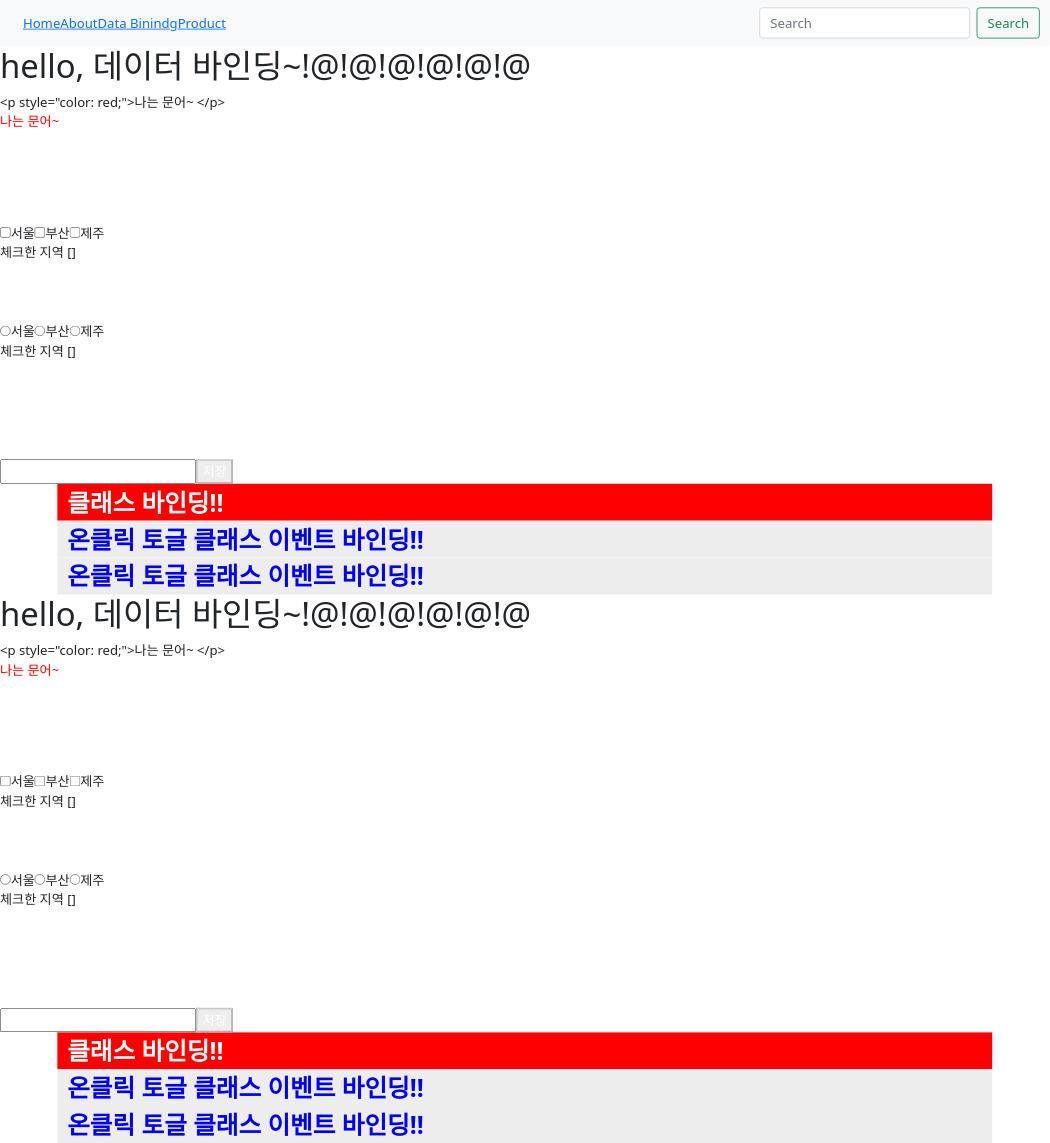
Repository: jang0ha/vue
Page: /databinding
The author's editor kept a copy of each file at every save. The page is drawn from the files as they stood at one save, then again after the next save.
The browser window is 1280 px wide. The pictures show the whole page, at 82% of full size.
The project was rebuilt for these pictures with package versions that can differ from the ones it lists, and the page was loaded fresh each time. Also part of the build but not shown: vue.config.js, src/components/HelloWorld.vue, src/views/HomeView.vue, src/views/AboutView.vue, src/views/ProductView.vue.

Above is the page before, as saved 2022-04-18 18:01:46.

### src/main.js
import { createApp } from 'vue'
// import Vue from 'vue'
import App from './App.vue'
import router from './router'

import 'bootstrap/dist/css/bootstrap.css'



createApp(App).use(router).mount('#app')



import "bootstrap/dist/js/bootstrap.js";

### src/App.vue
<template>
   <div id="app">
       <Header />
       <div id="content" class="content">
           <router-view></router-view>
       </div>
   </div>
</template>

<script>
import Header from"./components/layout/Header.vue";
export default {
    name:"App",
    components:{
        Header,
    }
}
</script>

### src/router/index.js
import { createRouter, createWebHistory } from 'vue-router'
import HomeView from '../views/HomeView.vue'
import AboutView from '../views/AboutView.vue'
import DataBinding from '../views/DataBinding.vue'
import ProductView from '../views/ProductView.vue'

const routes = [
  {
    path: '/', //브라우저에서 접속하는 url 주소를 정의
    name: 'home',
    component: HomeView // 지정된path로 들어왔을 때 보여줄 vue 컴포넌트 , 앞으로 구현할 vue 파일을 연결하고, 해당파일을 실행
  },
  {
    path: '/about',
    name: 'about',
    // route level code-splitting  >> 라우트 레벨에서 코드를 분할하는 방법
    // this generates a separate chunk (about.[hash].js) for this route  >> 이 라우트에 대한 chunk파일이 분리되어 생성
    // which is lazy-loaded when the route is visited.  >> 이 라우트에 방문했을떄 지연로드 됩니다.
    // component: () => import(
      /* webpackChunkName: "about" */
    //   '../views/AboutView.vue'
    // )
    component: AboutView
  },
  {
    path: '/databinding',
    name: 'DataBinding',
    component:DataBinding
  },
  {
    path: '/product',
    name: 'ProductView',
    component:ProductView
  }
]

const router = createRouter({
  history: createWebHistory(process.env.BASE_URL),
  routes
})

export default router

### src/components/layout/Header.vue
<template>
  <!-- <nav>
    <router-link to="/">Home</router-link> |
    <router-link to="/about">About</router-link>
    <router-link to="/databinding">Data Binindg</router-link>
    <router-link to="/product">Product</router-link>
  </nav> -->

  <nav class="navbar navbar-expand-lg navbar-light bg-light">
  <div class="container-fluid">
    <a class="navbar-brand" href="#">
        <router-link to="/">
            <img src="../../assets/images/logo.svg" alt="">
        </router-link>
    </a>
    <button class="navbar-toggler" type="button" data-bs-toggle="collapse" data-bs-target="#navbarSupportedContent" aria-controls="navbarSupportedContent" aria-expanded="false" aria-label="Toggle navigation">
      <span class="navbar-toggler-icon"></span>
    </button>
    <div class="collapse navbar-collapse" id="navbarSupportedContent">
      <ul class="navbar-nav me-auto mb-2 mb-lg-0">
        <li class="nav-item">
          <router-link to="/">
            Home
          </router-link>
        </li>
        <li class="nav-item">
        <router-link to="/about">About</router-link>
        </li>
        <li class="nav-item dropdown">
           <router-link to="/databinding">Data Binindg</router-link>
        </li>
        <li class="nav-item">
          <router-link to="/product">Product</router-link>
        </li>
      </ul>
      <form class="d-flex">
        <input class="form-control me-2" type="search" placeholder="Search" aria-label="Search">
        <button class="btn btn-outline-success" type="submit">Search</button>
      </form>
    </div>
  </div>
</nav>

  <router-view/>


</template>

<style>
   .navbar-brand
</style>
<script>
export default {
    name : 'header-nav',//컴포넌트 이름
    components: {}, //다른 컴포넌트 사용 시 컴포넌트를 import하고, 배열로 저장
    data(){ //html과 자바스크립트 코드에서 사용할 데이터 변수 선언
        return {
            sampleData: ''
        };
    },
    setup(){}, // 컴포지션Api
    created(){}, //컴포넌트가 생성되면 실행
    mounted() {}, //templete에 정의된 html 코드가 랜더링 된 후 실행
    unmounted() {}, //unmount가 완료 된 후 실행
    methods: {}, //컴포넌트 내에서 사용할 메소드 정의
}
</script>

### src/views/DataBinding.vue
<template>
    <h1>hello, {{title}}</h1>

    <div>
        <div>{{htmlString}}</div>
        <div v-html="htmlString"></div>

        <br><br><br><br>

        <label for="1"><input type="checkbox" name="" id="1" v-model="checked" value="서울">서울</label>
        <label for="2"><input type="checkbox" name="" id="2" v-model="checked" value="부산">부산</label>
        <label for="3"><input type="checkbox" name="" id="3" v-model="checked" value="제주">제주</label>
        <br>
        <span>체크한 지역 {{checked}}</span>
        <br><br><br><br>
        <label for="4"><input type="radio" name="" id="4" v-model="picked" value="서울">서울</label>
        <label for="5"><input type="radio" name="" id="5" v-model="picked" value="부산">부산</label>
        <label for="6"><input type="radio" name="" id="6" v-model="picked" value="제주">제주</label>
        <br>
        <span>체크한 지역 {{picked}}</span>
        <br><br><br><br><br><br>
        <input type="text" name="" id="" v-model="textValue">
        <button type="button" style="" v-bind:disabled="textValue==''">저장</button>


        <div class="container" v-bind:class="{'active' : isActive, 'fail': hasError}">클래스 바인딩!!</div>
        <div class="container" v-bind:class="{ active: isActive }"  v-on:click="isActive = !isActive">온클릭 토글 클래스 이벤트 바인딩!!</div>
        <div class="container" v-bind:class="{ active: isActive }"  v-on:click="isActive = !isActive">온클릭 토글 클래스 이벤트 바인딩!!</div>
    </div>
</template>
<script>
export default {
    data(){ //html과 자바스크립트 코드에서 사용할 데이터 변수 선언
        return {
            title : "데이터 바인딩~!@!@!@!@!@!@ ",
            htmlString:'<p style="color: red;">나는 문어~ </p>',
            checked: [],
            picked:[],
            textValue :"",
            isActive:"true",
            hasError:"false"

        };
    },
}
</script>

<style>
    button{background:#111; color:#fff; outline:0;}
    button:disabled{background:#ededed;}
    .active{
        background:#ededed; color:blue; font-size:30px; font-weight: bold;

    }
    .fail {
        background:red; color:white; font-size:30px;font-weight: bold;
    }
</style>

Loaded but not shown: public/index.html (common file)

After the next save:
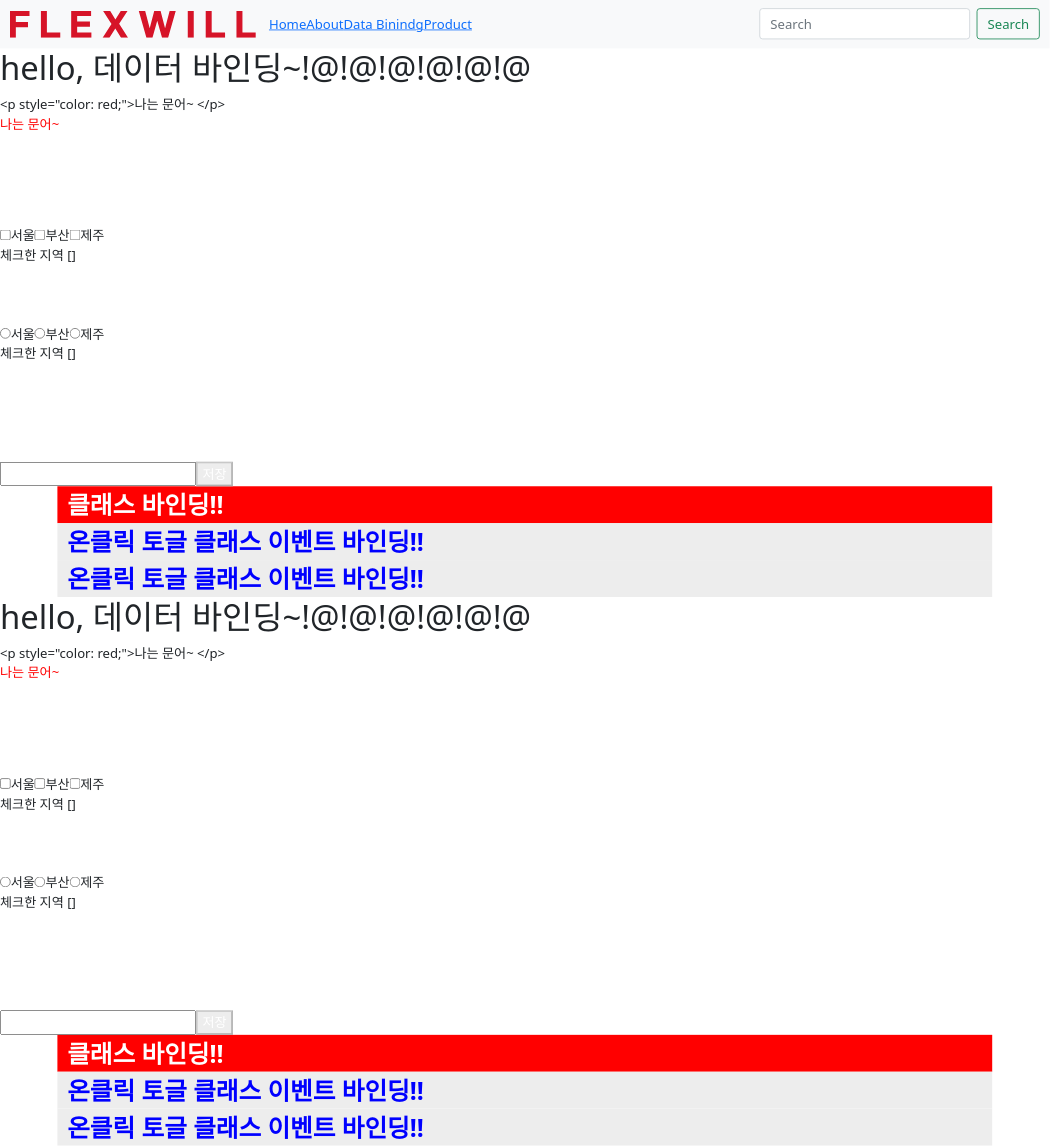
Saved 9 s later.
--- a/src/components/layout/Header.vue
+++ b/src/components/layout/Header.vue
@@ -47,7 +47,9 @@
 </template>
 
 <style>
-   .navbar-brand
+   .navbar-brand{
+       width:300px;
+   }
 </style>
 <script>
 export default {

After the save that followed:
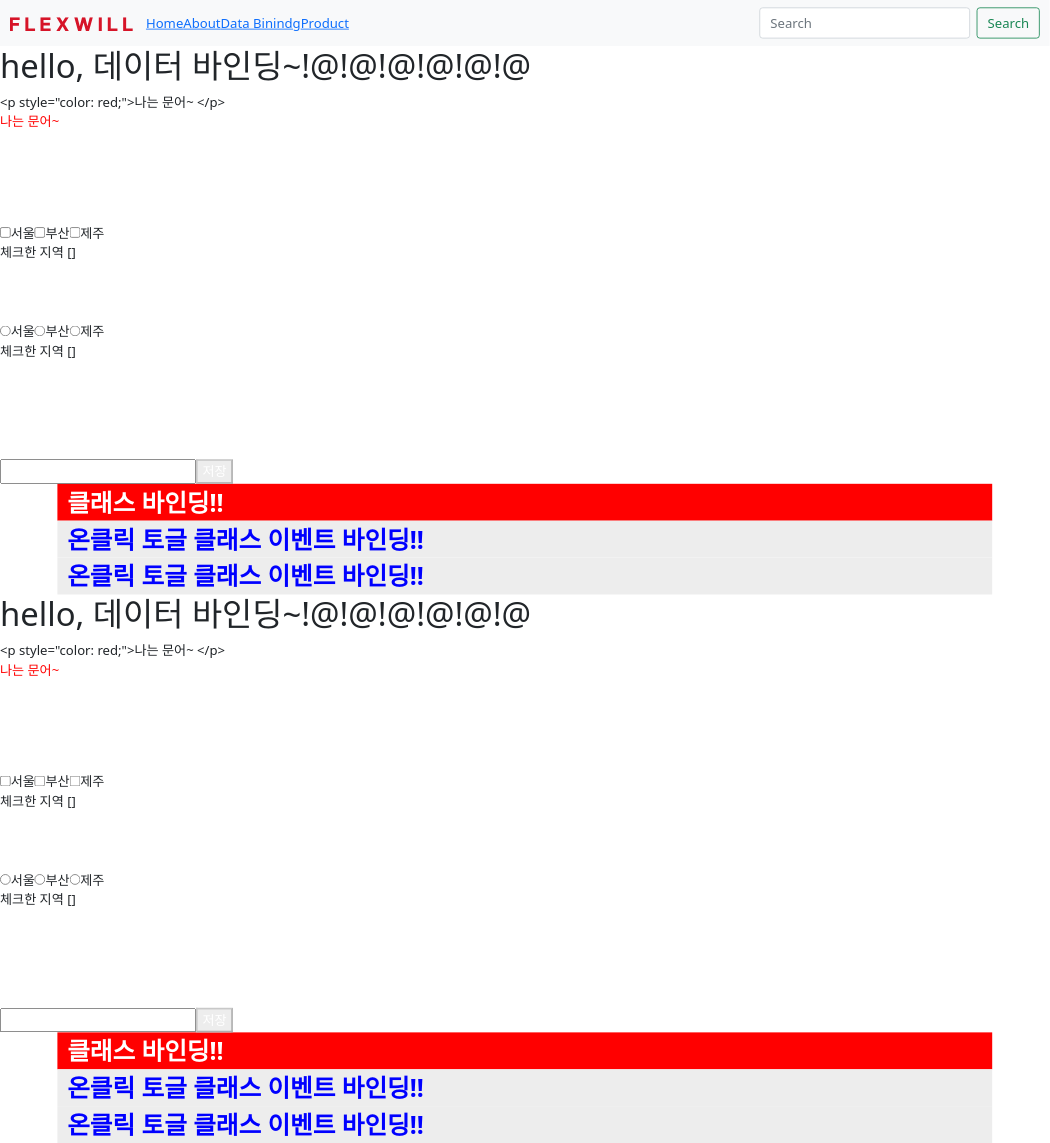
Saved 5 s later.
--- a/src/components/layout/Header.vue
+++ b/src/components/layout/Header.vue
@@ -48,7 +48,7 @@
 
 <style>
    .navbar-brand{
-       width:300px;
+       width:150px;
    }
 </style>
 <script>
